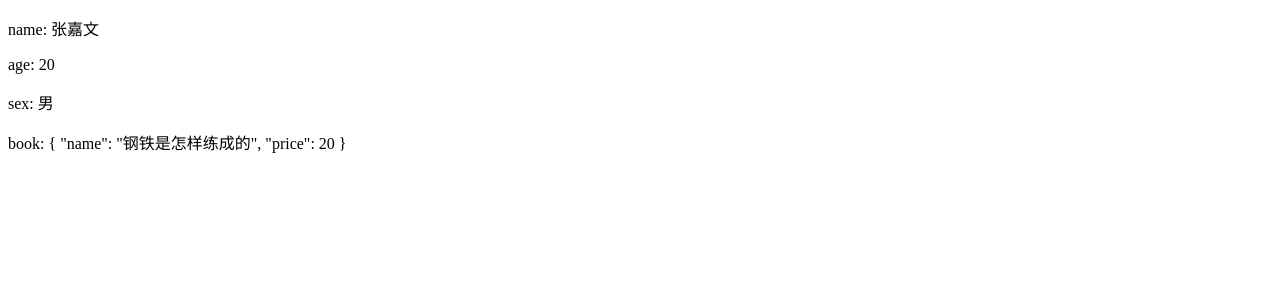
Repository: 596178924/vue3-ts-app
Page: /
An editor plug-in stored every save of this project. The page is shown before and after the next save, followed by the edit.
The browser window is 1280 px wide. The pictures show the whole page.
The project was rebuilt for these pictures with package versions that can differ from the ones it lists, and the page was loaded fresh each time. Also part of the build but not shown: vite.config.ts.

Above is the page before, as saved 2022-11-09 15:26:27.

### index.html
<!DOCTYPE html>
<html lang="en">

<head>
  <meta charset="UTF-8" />
  <link rel="icon" type="image/svg+xml" href="/vite.svg" />
  <meta name="viewport" content="width=device-width, initial-scale=1.0" />
  <title>
    ts
  </title>
</head>

<body>
  <noscript>
    <strong>We're sorry but this doesn't work properly without JavaScript enabled.
        Please enable it to continue.</strong>
  </noscript>
  <div id="app"></div>
  <script type="module" src="/src/main.ts"></script>
</body>

</html>

### src/main.ts
import { createApp } from 'vue';
import AppElement from './App.vue'

(() => {
    const app = createApp(AppElement);
    // app.use(pluginInstall);
    app.mount('#app');
})()

### src/App.vue
<template>
    <div>
        <p>name: {{name}}</p>
        <p>age: {{age}}</p>
        <p>sex: {{sex}}</p>
        <p>book: {{book}}</p>
    </div>
</template>

<script setup lang="ts">
import { ref, Ref } from "@vue/reactivity";
interface Book {
    name: String,
    price: Number
}
const name: Ref<String> = ref('张嘉文')
const age = ref<Number>(20)
const sex = ref('男') as Ref<String>
const book = ref<Book>({
    name: '钢铁是怎样练成的',
    price: 20
})
</script>

<style lang='less' scoped>
</style>

### src/styles/index.less
@import url(./resetCss.less);

### src/styles/resetCss.less
/* http://meyerweb.com/eric/tools/css/reset/
   v2.0 | 20110126
   License: none (public domain)
*/
html, body, div, span, applet, object, iframe,
h1, h2, h3, h4, h5, h6, p, blockquote, pre,
a, abbr, acronym, address, big, cite, code,
del, dfn, em, img, ins, kbd, q, s, samp,
small, strike, strong, sub, sup, tt, var,
b, u, i, center,
dl, dt, dd, ol, ul, li,
fieldset, form, label, legend,
table, caption, tbody, tfoot, thead, tr, th, td,
article, aside, canvas, details, embed,
figure, figcaption, footer, header, hgroup,
menu, nav, output, ruby, section, summary,
time, mark, audio, video {
	margin: 0;
	padding: 0;
	border: 0;
	font: inherit;
	vertical-align: baseline;
}
/* HTML5 display-role reset for older browsers */
article, aside, details, figcaption, figure,
footer, header, hgroup, menu, nav, section {
	display: block;
}
body {
	line-height: 1;
	font-size: 14px;
}
ol, ul {
	list-style: none;
}
blockquote, q {
	quotes: none;
}
blockquote:before, blockquote:after,
q:before, q:after {
	content: '';
	content: none;
}
table {
	border-collapse: collapse;
	border-spacing: 0;
}

After the next save:
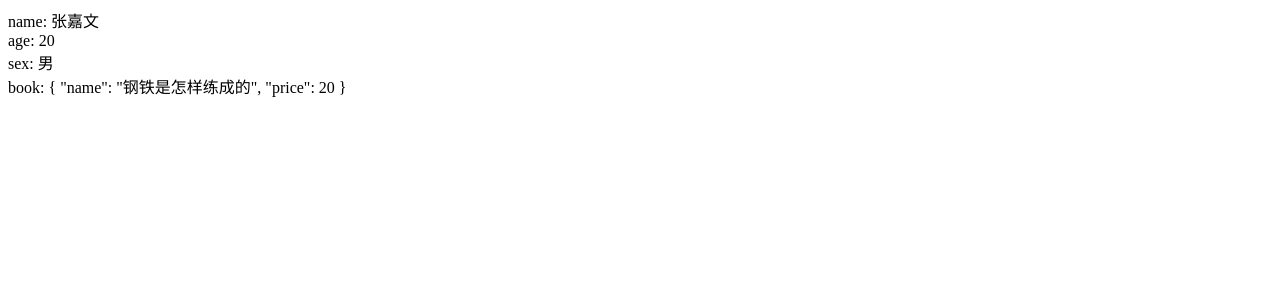
Saved 13 s later.
--- a/src/App.vue
+++ b/src/App.vue
@@ -1,26 +1,27 @@
+<style lang="less" scoped>
+@import url('@/styles/index.less');
+</style>
+
 <template>
-    <div>
-        <p>name: {{name}}</p>
-        <p>age: {{age}}</p>
-        <p>sex: {{sex}}</p>
-        <p>book: {{book}}</p>
-    </div>
+	<div>
+		<p>name: {{ name }}</p>
+		<p>age: {{ age }}</p>
+		<p>sex: {{ sex }}</p>
+		<p>book: {{ book }}</p>
+	</div>
 </template>
 
 <script setup lang="ts">
 import { ref, Ref } from "@vue/reactivity";
 interface Book {
-    name: String,
-    price: Number
+	name: String;
+	price: Number;
 }
-const name: Ref<String> = ref('张嘉文')
-const age = ref<Number>(20)
-const sex = ref('男') as Ref<String>
+const name: Ref<String> = ref("张嘉文");
+const age = ref<Number>(20);
+const sex = ref("男") as Ref<String>;
 const book = ref<Book>({
-    name: '钢铁是怎样练成的',
-    price: 20
-})
+	name: "钢铁是怎样练成的",
+	price: 20,
+});
 </script>
-
-<style lang='less' scoped>
-</style>
